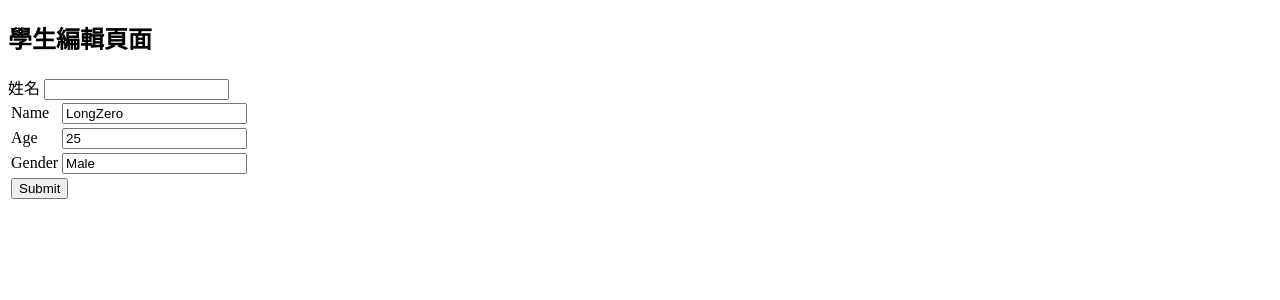
Repository: AirconChen/PracticeSpringMVC
Page: http://localhost/FormSpringMVCWAR/demo/edit
An editor plug-in stored every save of this project. The page is shown before and after the next save, followed by the edit.
The browser window is 1280 px wide. The pictures show the whole page.
The page is served by Tomcat 9.

Above is the page before, as saved 2015-11-11 04:18:46.

After the next save:
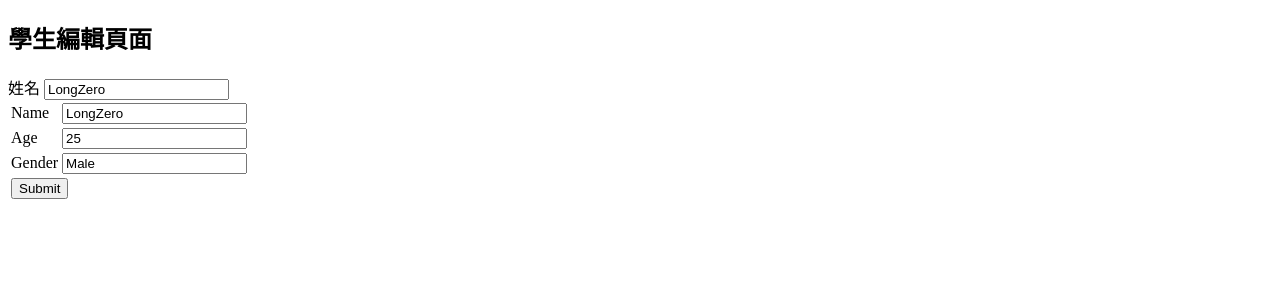
Saved 16 s later.
--- a/FormSpringMVCWAR/WebContent/WEB-INF/jsp/edit.jsp
+++ b/FormSpringMVCWAR/WebContent/WEB-INF/jsp/edit.jsp
@@ -24,7 +24,7 @@
 
 
 	<form:form method="POST" action="/demo/result">
-		<label for="name">姓名 <input type="text" name="name" value="" />
+		<label for="name">姓名 <form:input path="name" />
 		</label>
 		<table>
 			<tr>
